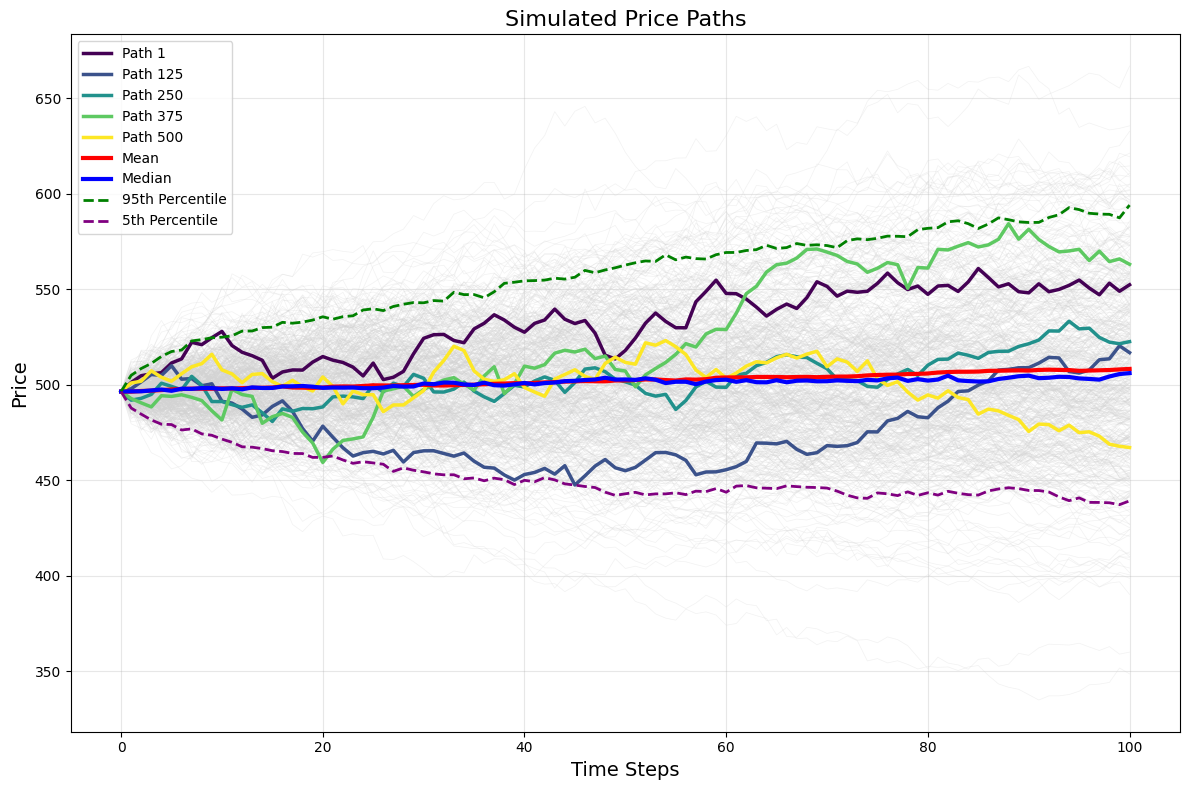
Repository: bcosm/CantorRL
Script's output: python scripts/simulation/grapher.py
An editor plug-in stored every save of this project. The script's output is shown before and after the next save, followed by the edit.
Random numbers start from a fixed seed.

Above is the script's output before, as saved 2025-04-08 20:12:35.

### scripts/simulation/grapher.py
import pandas as pd
import matplotlib.pyplot as plt
import numpy as np
import argparse
import os

def plot_price_paths(csv_file="price_paths.csv", output_file="price_paths_plot.png",
                     show_plot=False, max_paths=None, highlight_paths=5):
    """
    Plot price paths from a CSV file and save the visualization.

    Parameters:
    -----------
    csv_file : str
        Path to the CSV file containing price paths
    output_file : str
        Path to save the output plot image
    show_plot : bool
        Whether to display the plot in addition to saving it
    max_paths : int or None
        Maximum number of paths to plot (None for all)
    highlight_paths : int
        Number of paths to highlight with distinct colors
    """
    # Read price paths
    print(f"Reading price paths from {csv_file}...")
    try:
        paths_df = pd.read_csv(csv_file)
    except Exception as e:
        print(f"Error reading CSV file: {e}")
        return

    # Get dimensions
    num_paths, num_steps = paths_df.shape
    print(f"Found {num_paths} paths with {num_steps} time steps each")

    # Create x-axis (time steps)
    time_steps = np.arange(num_steps)

    # Create figure
    plt.figure(figsize=(12, 8))

    # Limit paths if requested
    if max_paths is not None and max_paths < num_paths:
        plot_paths = min(max_paths, num_paths)
    else:
        plot_paths = num_paths

    # Plot background paths in light gray
    for i in range(plot_paths):
        plt.plot(time_steps, paths_df.iloc[i], color='lightgray', linewidth=0.5, alpha=0.3)

    # Highlight a few select paths with distinct colors
    if highlight_paths > 0:
        # Choose evenly spaced paths to highlight
        highlight_indices = np.linspace(0, plot_paths-1, min(highlight_paths, plot_paths), dtype=int)

        # Use a colormap for the highlighted paths
        cmap = plt.cm.get_cmap('viridis', len(highlight_indices))

        for idx, i in enumerate(highlight_indices):
            plt.plot(time_steps, paths_df.iloc[i], color=cmap(idx), linewidth=2.5, alpha=1.0,
                     label=f"Path {i+1}")

    # Calculate statistics across all paths
    mean_path = paths_df.iloc[:plot_paths].mean(axis=0)
    median_path = paths_df.iloc[:plot_paths].median(axis=0)
    upper_path = paths_df.iloc[:plot_paths].quantile(0.95, axis=0)
    lower_path = paths_df.iloc[:plot_paths].quantile(0.05, axis=0)

    # Plot statistical lines
    plt.plot(time_steps, mean_path, color='red', linewidth=3, label="Mean")
    plt.plot(time_steps, median_path, color='blue', linewidth=3, label="Median")
    plt.plot(time_steps, upper_path, color='green', linewidth=2, linestyle='--', label="95th Percentile")
    plt.plot(time_steps, lower_path, color='purple', linewidth=2, linestyle='--', label="5th Percentile")

    # Add labels and title
    plt.xlabel('Time Steps', fontsize=14)
    plt.ylabel('Price', fontsize=14)
    plt.title('Simulated Price Paths', fontsize=16)
    plt.grid(True, alpha=0.3)

    # Add legend
    plt.legend(loc='best')

    # Tight layout
    plt.tight_layout()

    # Save figure
    print(f"Saving plot to {output_file}...")
    plt.savefig(output_file, dpi=300, bbox_inches='tight')

    if show_plot:
        plt.show()

    plt.close()
    print("Plot created successfully!")

def main():
    # Parse command line arguments
    parser = argparse.ArgumentParser(description='Plot price paths from CSV file')
    parser.add_argument('--input', type=str, default='price_paths.csv',
                        help='Input CSV file containing price paths (default: price_paths.csv)')
    parser.add_argument('--output', type=str, default='price_paths_plot.png',
                        help='Output image file (default: price_paths_plot.png)')
    parser.add_argument('--show', action='store_true',
                        help='Show the plot in addition to saving it')
    parser.add_argument('--max-paths', type=int, default=None,
                        help='Maximum number of paths to plot (default: all)')
    parser.add_argument('--highlight', type=int, default=5,
                        help='Number of paths to highlight (default: 5)')

    args = parser.parse_args()

    # Call the plotting function
    plot_price_paths(
        csv_file=args.input,
        output_file=args.output,
        show_plot=args.show,
        max_paths=args.max_paths,
        highlight_paths=args.highlight
    )

if __name__ == "__main__":
    main()

Loaded but not shown: scripts/simulation/price_paths.csv (501 lines, source omitted)

After the next save:
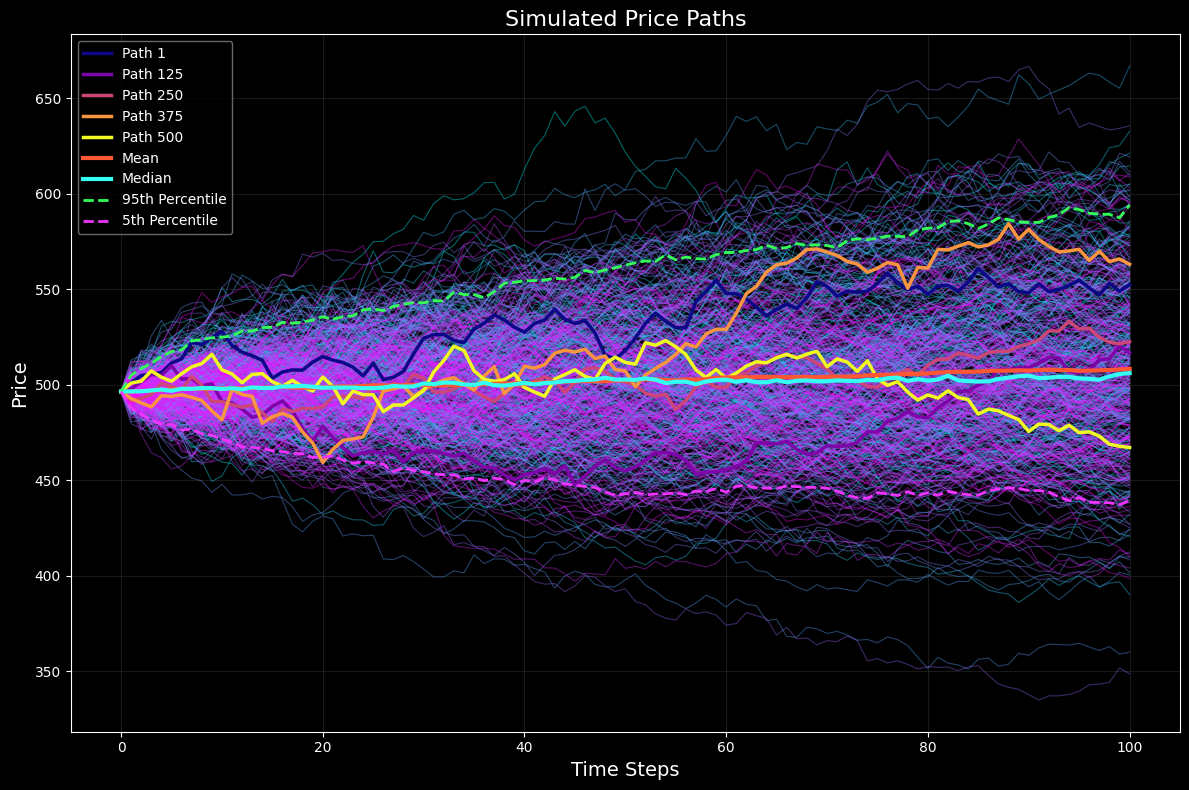
Saved 2 min 30 s later.
--- a/scripts/simulation/grapher.py
+++ b/scripts/simulation/grapher.py
@@ -37,6 +37,9 @@ def plot_price_paths(csv_file="price_paths.csv", output_file="price_paths_plot.p
     # Create x-axis (time steps)
     time_steps = np.arange(num_steps)
 
+    # Set dark style for the plot
+    plt.style.use('dark_background')
+
     # Create figure
     plt.figure(figsize=(12, 8))
 
@@ -46,9 +49,11 @@ def plot_price_paths(csv_file="price_paths.csv", output_file="price_paths_plot.p
     else:
         plot_paths = num_paths
 
-    # Plot background paths in light gray
+    # Plot background paths with more vivid colors
+    cmap_bg = plt.cm.get_cmap('cool', plot_paths)
     for i in range(plot_paths):
-        plt.plot(time_steps, paths_df.iloc[i], color='lightgray', linewidth=0.5, alpha=0.3)
+        plt.plot(time_steps, paths_df.iloc[i], color=cmap_bg(i/plot_paths),
+                 linewidth=0.8, alpha=0.4)
 
     # Highlight a few select paths with distinct colors
     if highlight_paths > 0:
@@ -56,7 +61,7 @@ def plot_price_paths(csv_file="price_paths.csv", output_file="price_paths_plot.p
         highlight_indices = np.linspace(0, plot_paths-1, min(highlight_paths, plot_paths), dtype=int)
 
         # Use a colormap for the highlighted paths
-        cmap = plt.cm.get_cmap('viridis', len(highlight_indices))
+        cmap = plt.cm.get_cmap('plasma', len(highlight_indices))
 
         for idx, i in enumerate(highlight_indices):
             plt.plot(time_steps, paths_df.iloc[i], color=cmap(idx), linewidth=2.5, alpha=1.0,
@@ -68,27 +73,29 @@ def plot_price_paths(csv_file="price_paths.csv", output_file="price_paths_plot.p
     upper_path = paths_df.iloc[:plot_paths].quantile(0.95, axis=0)
     lower_path = paths_df.iloc[:plot_paths].quantile(0.05, axis=0)
 
-    # Plot statistical lines
-    plt.plot(time_steps, mean_path, color='red', linewidth=3, label="Mean")
-    plt.plot(time_steps, median_path, color='blue', linewidth=3, label="Median")
-    plt.plot(time_steps, upper_path, color='green', linewidth=2, linestyle='--', label="95th Percentile")
-    plt.plot(time_steps, lower_path, color='purple', linewidth=2, linestyle='--', label="5th Percentile")
+    # Plot statistical lines with more vivid colors against dark background
+    plt.plot(time_steps, mean_path, color='#FF5733', linewidth=3, label="Mean")
+    plt.plot(time_steps, median_path, color='#33FFF5', linewidth=3, label="Median")
+    plt.plot(time_steps, upper_path, color='#33FF57', linewidth=2, linestyle='--', label="95th Percentile")
+    plt.plot(time_steps, lower_path, color='#F033FF', linewidth=2, linestyle='--', label="5th Percentile")
 
     # Add labels and title
-    plt.xlabel('Time Steps', fontsize=14)
-    plt.ylabel('Price', fontsize=14)
-    plt.title('Simulated Price Paths', fontsize=16)
-    plt.grid(True, alpha=0.3)
+    plt.xlabel('Time Steps', fontsize=14, color='white')
+    plt.ylabel('Price', fontsize=14, color='white')
+    plt.title('Simulated Price Paths', fontsize=16, color='white')
+    plt.grid(True, alpha=0.2, color='gray')
 
-    # Add legend
-    plt.legend(loc='best')
+    # Add legend with transparent background
+    legend = plt.legend(loc='best', facecolor='black', edgecolor='gray')
+    for text in legend.get_texts():
+        text.set_color('white')
 
     # Tight layout
     plt.tight_layout()
 
-    # Save figure
+    # Save figure with transparent=False to ensure dark background is preserved
     print(f"Saving plot to {output_file}...")
-    plt.savefig(output_file, dpi=300, bbox_inches='tight')
+    plt.savefig(output_file, dpi=300, bbox_inches='tight', facecolor='black', edgecolor='none')
 
     if show_plot:
         plt.show()
